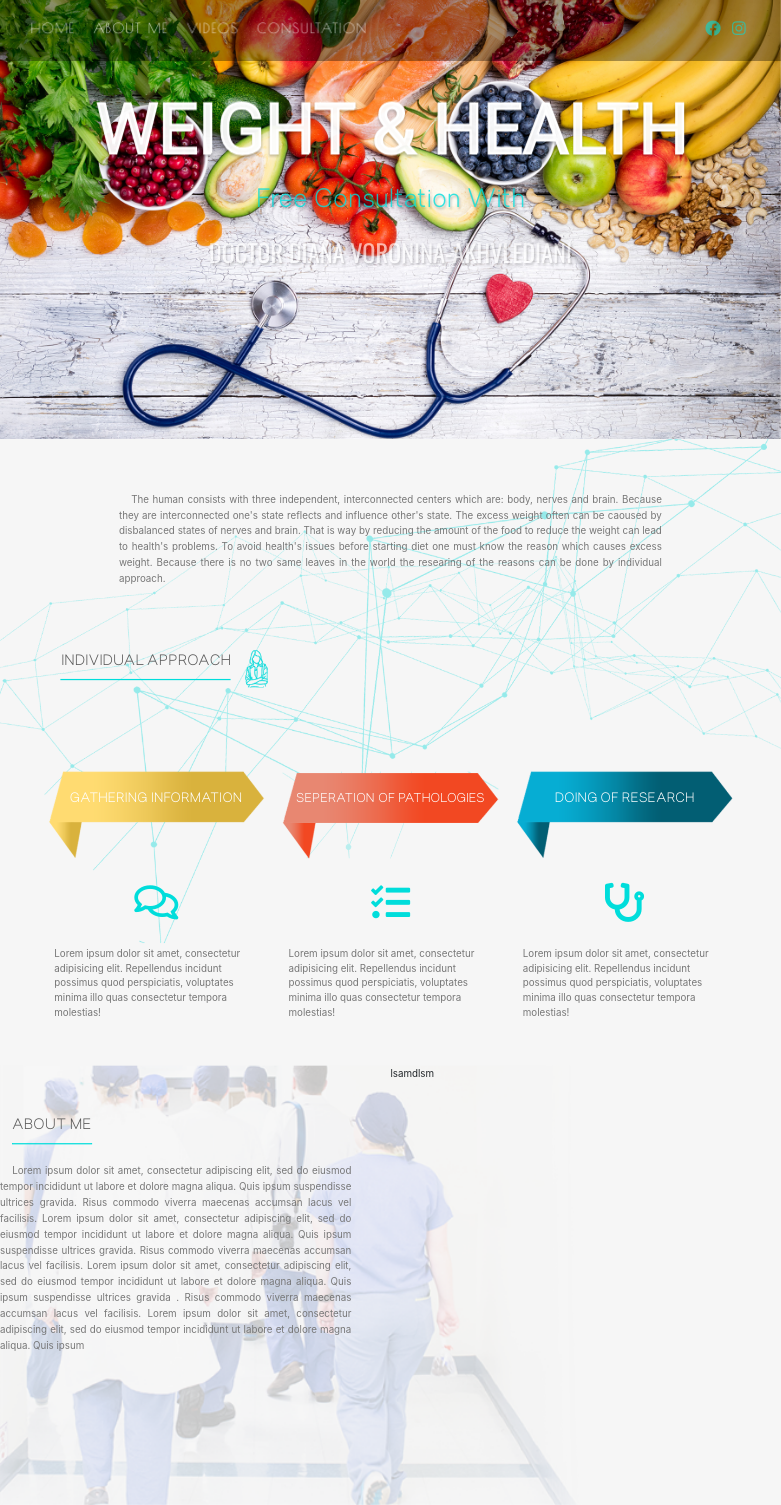
Repository: Aleksandre19/cv-ucmp
Page: index.html
The author's editor kept a record of every edit. The page is drawn from the files as they stood at one moment, then again after the next edit.
The browser window is 1280 px wide. The pictures show the whole page, at 61% of full size.
Backgrounds fixed to the window are drawn as part of the page. Some web libraries are served in a nearby version.

Above is the page before.

After the next edit:
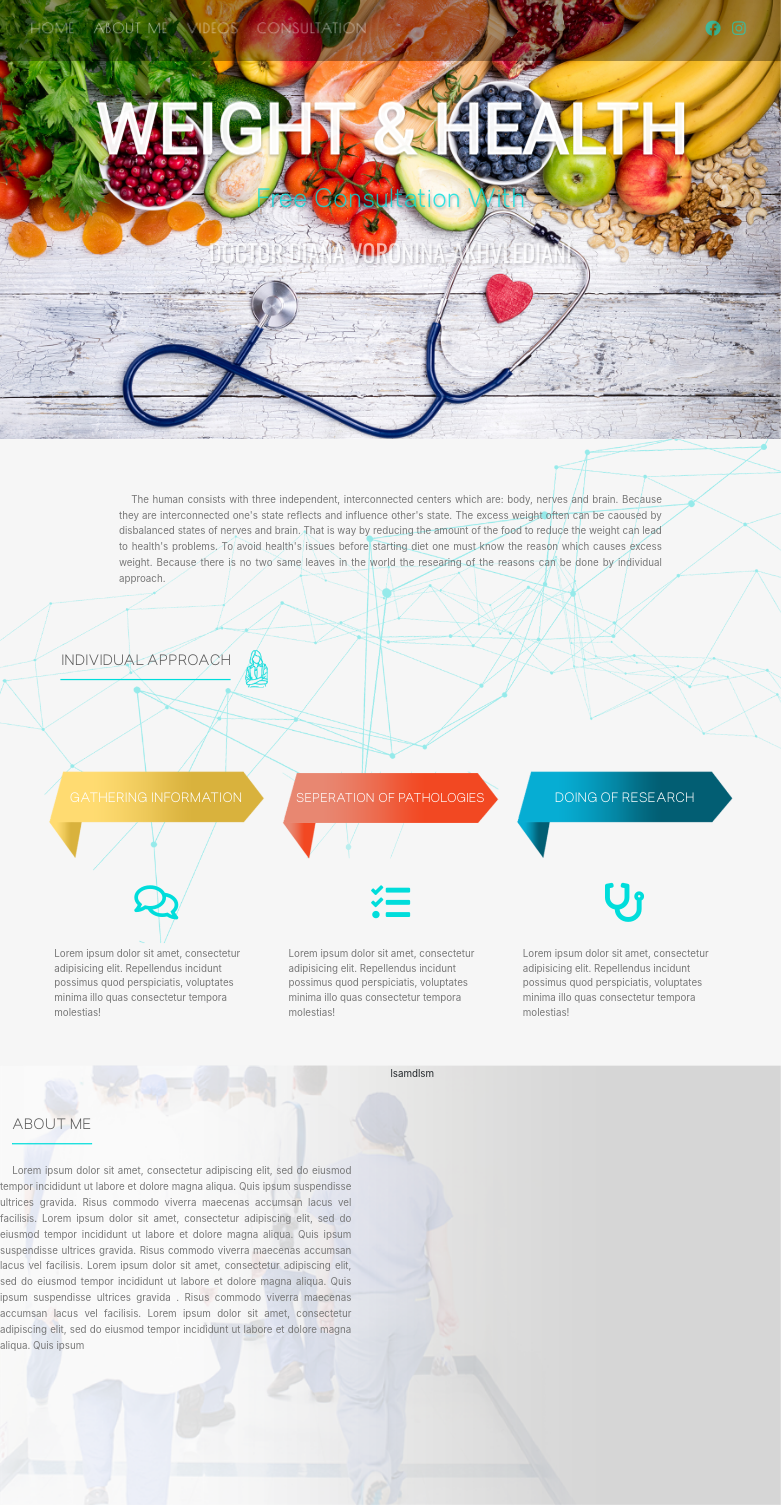
The edit:
--- a/index.html
+++ b/index.html
@@ -205,6 +205,7 @@
 
     <!-- About Me section-->
     <section class="section about-me">
+        <div class="about-md-bg">
         <div class="container-fluid">
             <div class="row">
                 <div class="col-md-6">
